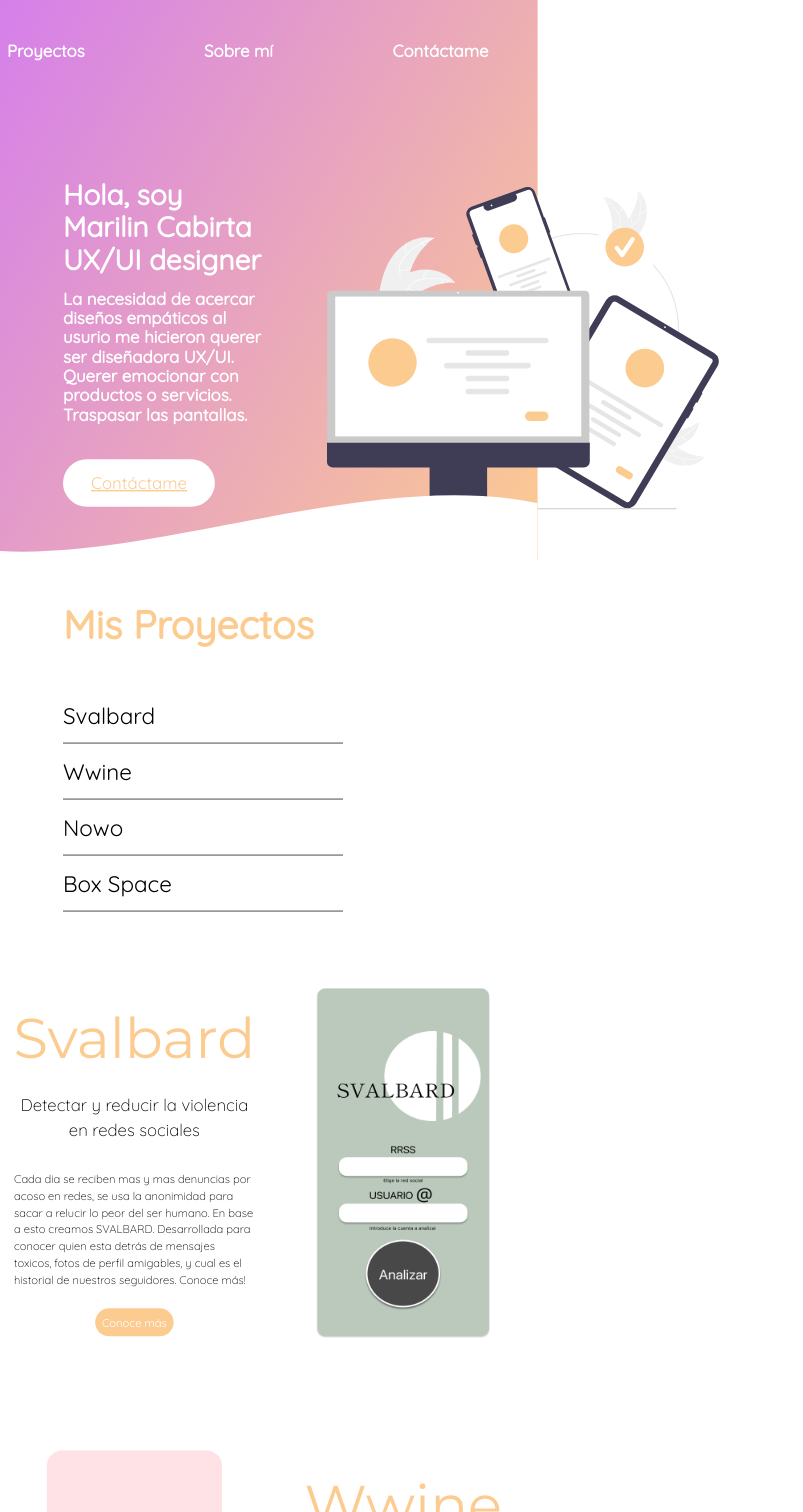
Repository: Marilyncabirta/portfolioHTML
Page: index.html
The author's editor kept a copy of each file at every save. The page is drawn from the files as they stood at one save, then again after the next save.
The browser window is 768 px wide. The page is 1147 px wide, so the pictures cover 1147 px, including what lies to the right of the window. The pictures show the part of the page from y = 0 to 2160 px (the page is 4353 px tall), at 70% of full size.
Backgrounds fixed to the window are drawn as part of the page. Some web libraries are served in a nearby version.

Above is the page before, as saved 2022-12-16 12:40:39.

### index.html
<!DOCTYPE html>
<html lang="es">
<head>
    <meta charset="UTF-8">
    <meta name="viewport" content="width=device-width, initial-scale=1.0">
    <title>Portafolio AlexCG</title>
    <link rel="stylesheet" href="css/normalize.css">
    <link rel="stylesheet" href="css/estilos.css">
    <link rel="preconnect" href="https://fonts.googleapis.com">
<link rel="preconnect" href="https://fonts.gstatic.com" crossorigin>
<link href="https://fonts.googleapis.com/css2?family=Montserrat:wght@100;400;700&family=Quicksand:wght@300;400&display=swap" rel="stylesheet">
</head>


<body>

    <header class="hero">
        <div class="contenedor">
            <nav class="nav">
                <a href="" class="nav__items nav__items--cta">Proyectos</a>
                <a href="" class="nav__items">Sobre mí</a>
                <a href="" class="nav__items">Contáctame</a>
            </nav>

            <section class="hero__contenedor">
                <div class="hero__texts">
                    <h1 class="hero__title">Hola, soy Marilin Cabirta UX/UI designer</h1>
                    <h2 class="hero_subtitle">La necesidad de acercar diseños empáticos al usurio me hicieron querer ser diseñadora UX/UI. Querer emocionar con productos o servicios. Traspasar las pantallas.</h2>
                    <a href="" class="hero_cta">Contáctame</a>
                </div>
                <div class="contenedor_ilustraciones">
                    <img class="hero_image" src="assets/hero1.svg" alt="marilincabirta">
                </div>
            </section>
        </div>
        <div>
            <div class="hero_wave" style= "overflow:hidden;" ><svg viewBox="0 0 500 150" preserveAspectRatio="none" style="height: 100%; width: 100%;"><path d="M-0.56,130.76 C150.00,150.00 349.20,-49.99 503.38,30.10 L500.00,150.00 L0.00,150.00 Z" style="stroke: none; fill: #fff;"></path></svg></div>
        </div>
    </header>

    <main >
        <section class="presentacion__container">
            <h2 class="subtitle--h2">Mis Proyectos</h2>
            <div class="lista">
                <ul>
                    <li><a class="nombres" href="#">Svalbard<a></li>
                        <div class="linea"></div>
                    <li><a class="nombres" href="#">Wwine</a></li>
                        <div class="linea"></div>
                    <li><a class="nombres" href="#">Nowo</a></li>
                        <div class="linea"></div>
                    <li><a class="nombres" href="#">Box Space</a></li>
                        <div class="linea"></div>

                </ul>
            </div>
        </section>

        <section class="about__container">
            <div class="about__texts">
                <h2 class="subtitle">Svalbard</h2>
                <p class="about__paragraph">Detectar y reducir la violencia en redes sociales</p>
                <p class="about__content">Cada dia se reciben mas y mas denuncias por acoso en redes, se usa la anonimidad para sacar a relucir lo peor del ser humano. En base a esto creamos SVALBARD. Desarrollada para conocer quien esta detrás de mensajes toxicos, fotos de perfil amigables, y cual es el historial de nuestros seguidores. Conoce más!</p>
                <a class="about__button" href="">Conoce más</a>
            </div>
            <div class="about__img">
                <img class="about__picture" src="assets/LOG IN.png"   alt="">
            </div>
        </section>

        <section class="about__container">
            <div class="about__img">
                <img src="assets/wwine mockup.jpg" class="about__picture"alt="">
            </div>
            <div class="about__texts">
                <h2 class="subtitle">Wwine</h2>
                <p class="about__paragraph">¿Quién no ha deseado alguna vez poder saber más de un vino antes de comprarlo?</p>
                <p class="about__content">Le damos forma a los deseos de todos los consumidores de vino y desarrollamos este dispositivo para poder conocer las propiedades olfativas de un vino antes de comprarlo. No nos crees? Te contamos más!</p>
                <a class="about__button" href="">Conoce más</a>
            </div>

        </section>

        <section class="about__container">
            <div class="about__texts">
                <h2 class="subtitle">Nowo</h2>
                <p class="about__paragraph">Mejoramos tu forma de viajar</p>
                <p class="about__content">Millones de personas se desplazan todos los días por ocio o por trabajo y su principal carga son las maletas. Venimos a revolucionar el concepto de viajar. Nosotros nos ocupamos de las maletas, ofreciéndote los packs más completos para que nada te falte!</p>
                <a class="about__button" href="">Conoce más</a>
            </div>
            <div class="about__img">
                <img src="assets/Nowo by rebellion 1.jpg" class="about__picture" alt="">
            </div>
        </section>

        <section class="about__container">
            <div class="about__img">
                <img src="assets/mock uo.jpg" class="about__picture" alt="">
            </div>
            <div class="about__texts">
                <h2 class="subtitle">Box Space</h2>
                <p class="about__paragraph">Como conseguimos que haya más usuarios en los parques urbanos?</p>
                <p class="about__content">Esta App fue creada para mejorar la asistencia a los parques urbanos. En un mundo con prisas, acercamos la tecnología y la era digital a aquellos entornos naturales que nos encanta disfrutar, pero que todavía no nos permiten desarrollar todas nuestras facetas diarias cómodamente.Descúbrela!</p>
                <a class="about__button" href="">Conoce más</a>
            </div>

        </section>

    </main>

    <footer class="footer">
        <div container class="container footer__grid">
            <nav class="nav nav--footer">
                <a class="nav_items nav__items--footer" href="">Inicio </a>
                <a class="nav_items nav__items--footer" href="">Sobre mí</a>
                <a class="nav_items nav__items--footer" href="">Proyectos</a>
            </nav>

            <section class="footer__contact">
                <h3 class="footer__title"> Contáctame</h3>
                <div class="footer__icons">
                    <span class="footer__container-icons">
                        <a href="#" class="fab fa-medium footer__icon"></a>
                    </span>
                    <span class="footer__container-icons">
                        <a href="#" class="fab fa-linkedin footer__icon"></a>
                    </span>
                    <span class="footer__container-icons">
                        <a href="#" class="fab fa-mailchimp footer__icon"></a>
                    </span>

                </div>
            </section>



        </div>
    </footer>







    <script src="https://kit.fontawesome.com/b4fd9d412c.js" crossorigin="anonymous"></script>
</body>
</html>

### css/estilos.css

@import url('https://fonts.googleapis.com/css2?family=Montserrat:wght@100;400;700&family=Quicksand:wght@300;400&display=swap');


:root{
    --background:linear-gradient(120deg,#d57feb   0%,#fccb90 100%);
    --color-secondary:#fccb90;
    --color-primary: white;
    --boton-padding: 20px 40px;
}
body{

    font-family: 'Montserrat', sans-serif;
    font-family: 'Quicksand', sans-serif;
}

.hero{
    width: 100%;
    height: 1000px;
    background-image: var(--background);
    background-repeat: no-repeat;
    background-attachment: fixed;
    position: relative;
}

.contenedor{
  padding: 20px 0;

}
.hero__contenedor{
    width: 100%;
    display: grid;
    grid-template-columns: 1fr 1fr ;
    height: 100%;
    justify-content: space-evenly;
    align-items: center;
    padding-bottom: 50px;
    margin: 50px;

}


.contenedor_ilustraciones{
    width: 800px;
    height: auto;
    text-align: center;
    justify-content: center;
}

.hero__texts{
    width: 50%;
    height: inherit;
    color: white;
    margin-top: 20px;
    margin: 0 60px;
}
.hero_image{
    width: 70%
}

.hero_wave{
    position: absolute;
    bottom: 0;
    left: 0;
    height: 100px;
    width: 100%;
}

.nav{
    display: flex;
    justify-content: flex-end;
    height: 80px;
    align-items: right;
    font-weight: 700;
    margin-top: 30px;

}

.nav--footer{
    font-weight: 300;
    justify-content: flex-start;
}

.nav__items{
    color: white;
    text-decoration: none;
    font-size: 32px;
    padding: 20px 15px;
    margin-right: 40px;
    font-weight: inherit;
}

.nav__items--cta{
    border: 2px solid white;
    border-radius: 40px;
}

.nav__items:hover{
    text-decoration: underline;
}
.nav__items--footer{
    padding: 10px;
}



.hero_cta{
    display: inline-block;
    font-size: 24px;
    background-color: var(--color-primary);
    color: #fccb90;
    padding: 20px 40px;
    margin-top: 30px;
    border-radius: 40px;
    text-align: center;
    justify-content: center;
}

.hero__texts{
    width: 90%;
    margin: 40px;
}

.hero__title{
    font-size: 60px;
    margin-top: 80px;

}

.hero__subtitle{
    font-size: 2rem;
    font-weight: 400;
    margin: 20px 0;
}

/* presentacion proyectos */



.presentacion__container{
    width: 60%;
    height: auto;
    padding-top: 0;
    text-align: center;
    text-decoration: none;
    margin-left: 50px;
}

.subtitle{
    font-size: 56px;
    color:var(--color-secondary);
    padding-bottom: 10px;
    font-weight: 700;
    text-align: center;
    margin: 40px;
}
.subtitle--h2{
    font-size: 56px;
    color:var(--color-secondary);
    padding-bottom: 10px;
    font-weight: 700;
    text-align: center;
    margin: 60px 40px;
    text-align: left;
}

.presentacion__container li{
    font-size: 32px;
    margin-top: 10px;
    padding: 10px 0;
    text-decoration: none;
}

.lista li{
 text-decoration: none;
 list-style: none;
 text-align: left;

}

.lista a{
    text-decoration: none;
    color: black;

}

.lista li:hover{
    font-size: 3.5rem;
    transition: 1s;
}

.lista div{
    border-top: 1px solid black;
    height: 2px;
    max-width: 400px;
    padding: 0;
    margin: 10px 0 auto 0;

}

.about__container{
    width: 70%;
    min-height: 800px;
    max-width: 1300px;
    height: auto;
    display: grid;
    grid-template-columns: 1fr 1fr ;
    margin: 60px auto;
    background-color: var(--color-primary);
    align-items: center;

}

.about__texts{

    justify-content: center;
    text-align: left;
    margin: 20px ;

}
.about__img{
     justify-content: center;
    text-align: center;
    margin: 20px;

}

.subtitle{
    font-size: 80px;
    font-family: "Montserrat";
    font-weight: 400;
    margin: 10px auto;

}



.about__picture{
    width: 250px;
    height: 500px;
    max-height: 800px;
}

.about__paragraph{
    margin: 20px;
    line-height: 1.5;
    font-weight: 300;
    font-size: 24px;
}

.about__content{
    font-size: 16px;
    margin: 40px 20px;
    text-align: left;
    line-height: 1.5;
    font-weight: 300;
}

.about__button{
    margin: 60px 20px;
    padding: 10px 10px;
    background-color:var(--color-secondary);
    color: white;
    border-radius: 20px;
    text-align: center;
    text-decoration: none;
}

/* footer */

.footer{
    background:var(--background);
    padding-bottom: 40px;



}

.footer__grid{
    display: grid;
    grid-template-columns: 3fr 2fr;
    gap: 20px;
    align-items: center;
    margin: 40px;
}

.nav_items{
    text-decoration: none;
    color: white;
    font-size: 20px;
    margin:0 0 0 10px;
}

.footer__title{
    font-weight: 400;
    color: white;
    font-size:2rem ;
    margin-bottom: 20px;
    text-align: center;
}

.footer__icons{
    display: flex;
    justify-content: space-evenly;
    font-size: 32px;
}

.footer__container-icons{
    display: inline-block;
    width: 60px;
    height: 60px;
    color: white;
    text-align: center;
    border: 1px solid white;
    border-radius: 50%;

}

.footer__icon{
    color: white;
    text-decoration: none;
    font-size: 30px;

}

.fab.footer__icon{
line-height: 60px;
text-decoration: underline;
}


/* responsive design */

@media screen and (max-width:800px){
        :root{
            --botton-padding:18px 40px;
        }

        .nav{
            justify-content:space-between
        }
        .nav__items--cta{
            border: none;
        }

        .nav__items{
            color: white;
            text-decoration: none;
            font-size: 24px;
            padding: 10px 10px;
            margin-right: 60px;
            font-weight: inherit;
        }

        .nav__items--footer{
            border: none;
        }
        .hero{
            width: 100%;
        }

        .hero__texts{
            width: 100%;
            margin-bottom: 50px;
        }
        .hero__title{
            font-size: 2.5rem;
            margin-bottom: 20px;
        }

        .hero__subtitle{
            font-size: 1.5rem;
        }

        .hero{
            width: 100%;
            height: 800px;
            background-image: var(--background);
            background-repeat: no-repeat;
            background-attachment: fixed;
            position: relative;
        }

        .about__container{
            width: 100%;
            min-height: 600px;
        }
        .about__texts{
            width: 100%;
            justify-content: center;
            text-align: center;
            margin: 60px 0px;

        }

        .hero_image{
            width: 70%;
        }

        .presentacion__container{
            width: 80%;
        }

         .about__img{
            width: auto;
            text-align: center;
        }
    .footer{
        width: 100%;
    }
}


@media screen and (max-width:500px){

    :root{
        --botton-padding:15px 20px;
    }

    .hero{
        width: 100%;
        height: auto;
        position: relative;
    }
    .hero__contenedor{
        width: 100%;
        display: grid;
        grid-template-columns: 1fr;
        height: 100%;
        justify-content: center;
        align-items: center;
        padding-bottom: 80px;

    }
    .nav{
        flex-wrap: nowrap;
        justify-content: space-evenly;
        margin-top: 10px;

    }
    .nav__items--cta{
        border: none;
    }

    .nav__items{
        color: white;
        text-decoration: none;
        font-size: 20px;
        padding: 10px 20px;
        margin-right: 20px;

    }

    .nav__items--footer{
        border: none;
    }


    .hero__texts{
        margin-bottom: 50px;
        text-align: center;
    }
    .hero__title{
        font-size: 2rem;
        margin-bottom: 20px;
    }

    .hero__subtitle{
        font-size: 2rem;
        margin-bottom: 20px;
    }


    /* about */

    .subtitle{
        font-size: 2.5rem;
    }
    .about__paragraph{
        margin: 10px 10px;
        line-height: 1.5;
        font-weight: 300;
        font-size: 16px;
        text-align: left;
    }

    .about__content{
        font-size: 16px;
        margin: 10px 10px 40px 10px ;
        text-align: left;
        line-height: 1.5;
        font-weight: 300;
    }

    .nombres{
        font-size: 24px;
    }

    .about__container{
        width: 80%;
        min-height: 600px;
        height: auto;
        display: grid;
        margin: 20px auto;
        background-color: var(--color-primary);
        align-items: center;
     }

     .about__picture{
        width: 140px;
        height: 300px;
        max-height: 800px;

    }
     .contenedor_ilustraciones{
        width: 100%;
        height: auto;
        text-align: center;
        justify-content: center;
    }

    .about__texts:nth-child(2), :nth-child(4){
        grid-row: 1/2;
     }

     /* Footer */
     }

Loaded but not shown: css/normalize.css (library)

After the next save:
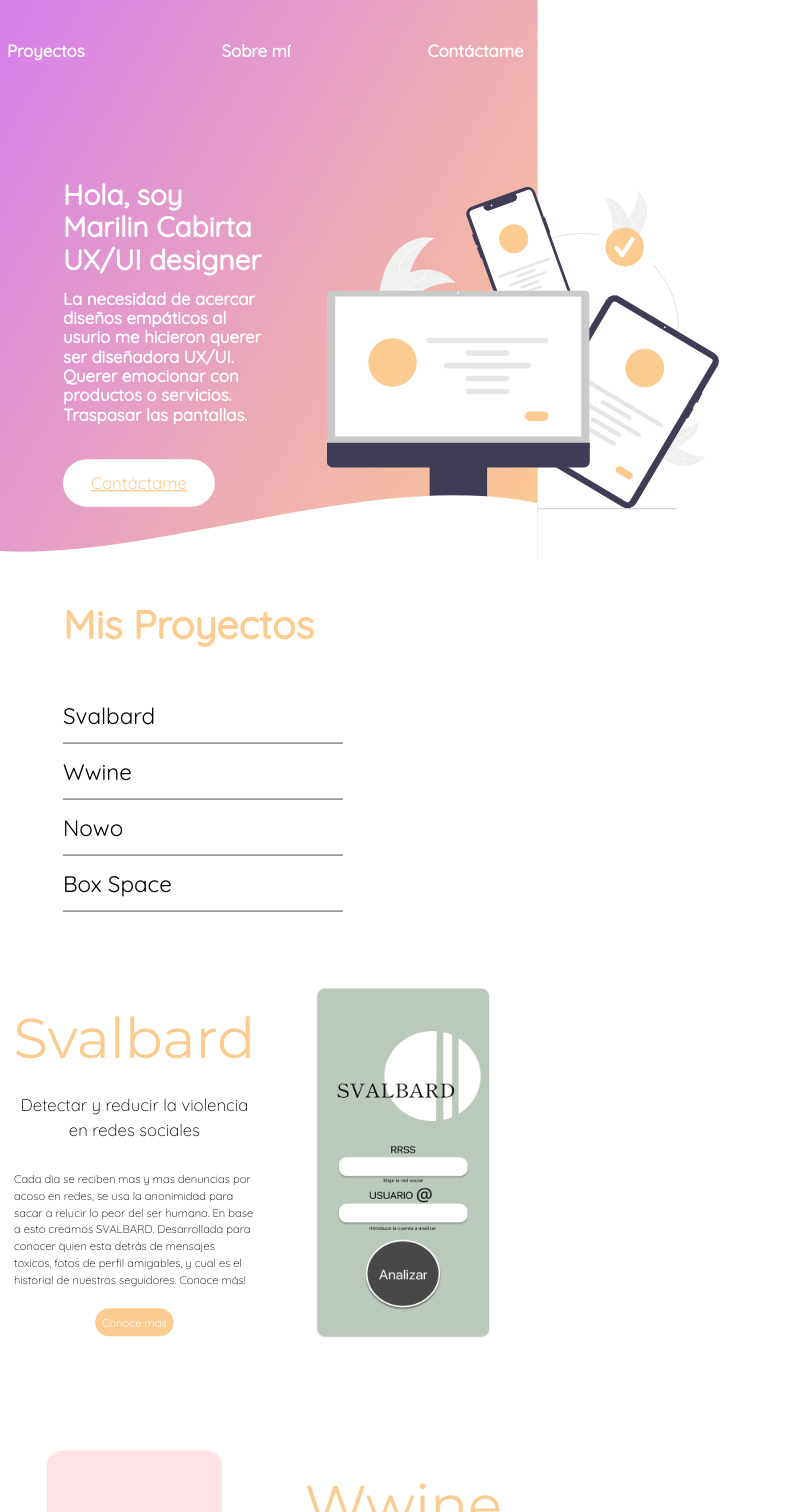
Saved 7 s later.
--- a/css/estilos.css
+++ b/css/estilos.css
@@ -348,7 +348,7 @@ text-decoration: underline;
             text-decoration: none;
             font-size: 24px;
             padding: 10px 10px;
-            margin-right: 60px;
+            margin-right: 10px;
             font-weight: inherit;
         }
 
